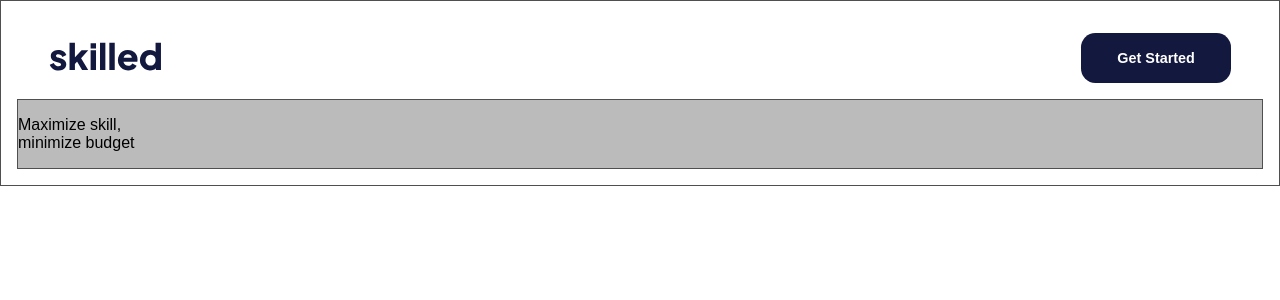
Repository: exe-walt/E-Learning-Landing-Page
Page: index.html
An editor plug-in stored every save of this project. The page is shown before and after the next save, followed by the edit.
The browser window is 1280 px wide. The pictures show the whole page.
Some web fonts or font styles are not loaded; a fallback is used.

Above is the page before, as saved 2025-05-27 19:35:07.

### index.html
<!DOCTYPE html>
<html lang="en">
<head>
  <meta charset="UTF-8">
  <meta name="viewport" content="width=device-width, initial-scale=1.0">
  <title>Skilled E-Learning Page</title>
  <link rel="stylesheet" href="css/style.css">
  <link href="https://fonts.cdnfonts.com/css/plus-jakarta-sans" rel="stylesheet">
</head>
<body>
  <div class="content-container">
    <nav>
      <div class="navbar">
        <ul>
          <li id="logo">
            <img src="img/skilled-logo.svg" alt="logo">
          </li>
          <li class="navbar-button">
            <button>Get Started</button>
          </li>
        </ul>
      </div>
    </nav>

    <section class="hero-section">
      <div class="hero-text">
        <p>Maximize skill, <br>minimize budget</p>
      </div>
    </section>
  </div>

</body>
</html>

### css/style.css
* {
  font-family: "Plus Jakarta Sans", sans-serif;
}
body {
  margin: 0;
  display: flex;
  justify-content: center;
  align-items: center;
}

.content-container {
  background-color: #ffffff;
  max-width: 100%;
  width: 100%;
  height: auto;
  padding: 1em;
  border: 1px solid #4f4f4f;
}

.navbar {
  display: flex;
  justify-content: space-between;
  align-items: center;
  padding: 1rem 2rem;
  background-color: white;
}

.navbar ul {
  display: flex;
  align-items: center;
  justify-content: space-between;
  width: 100%;
  list-style: none;
  margin: 0;
  padding: 0;
}

.logo img {
  height: 1.75rem;
  width: auto;
}

.navbar-button button {
  background-color: #13183F;
  color: white;
  border: none;
  width: 10.4em;
  height: 3.5em;
  border-radius: 1em;
  padding: 0.5rem 1.5rem;
  font-weight: 600;
  font-size: 0.9rem;
  cursor: pointer;
  transition: background-color 0.3s ease;
}

.navbar-button button:hover {
  background-color: #666ca3;
}
.hero-section{
  border: 1px solid #4f4f4f;
  display: flex;
  background-color: #bbbbbb;

}

After the next save:
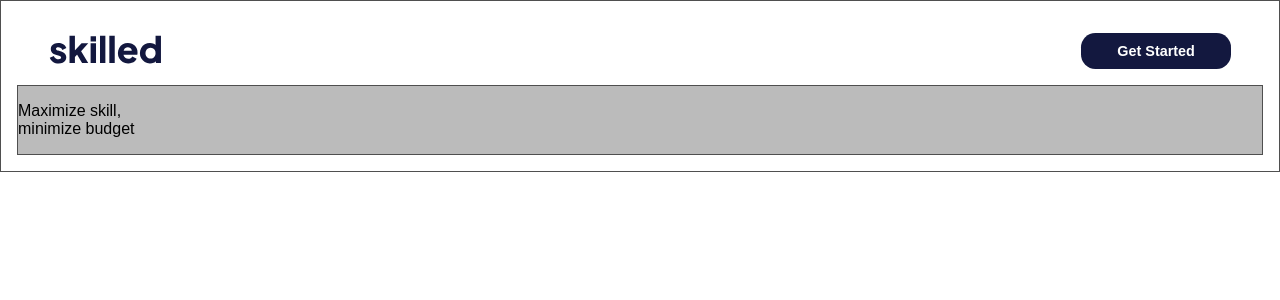
Saved 29 s later.
--- a/css/style.css
+++ b/css/style.css
@@ -45,7 +45,7 @@ body {
   color: white;
   border: none;
   width: 10.4em;
-  height: 3.5em;
+  height: 2.5em;
   border-radius: 1em;
   padding: 0.5rem 1.5rem;
   font-weight: 600;
